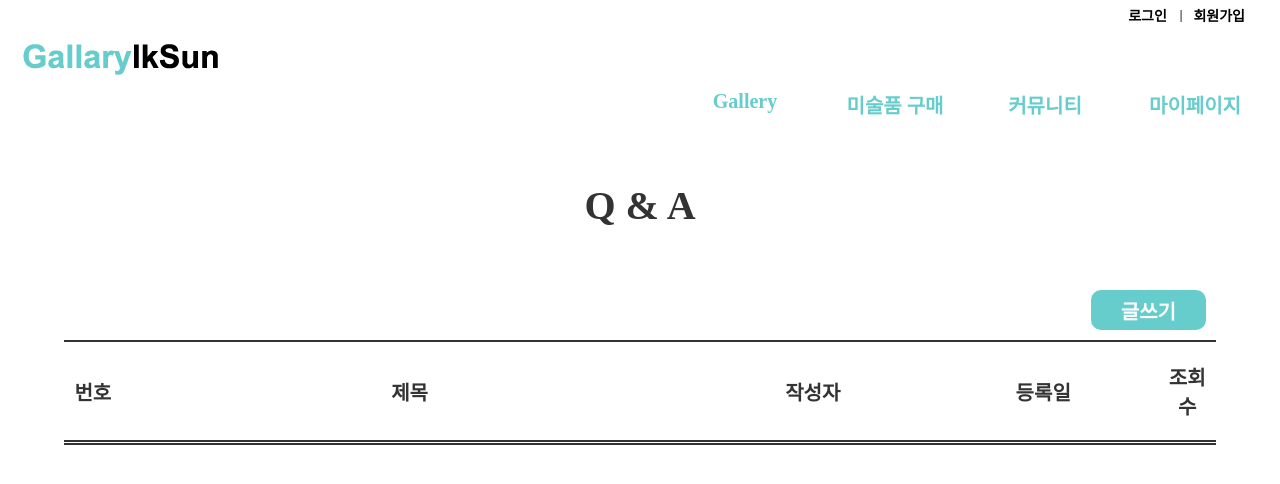
Repository: leeboseok/GalleryIksun
Page: http://localhost/GalleryIkSun/community.jsp
An editor plug-in stored every save of this project. The page is shown before and after the next save, followed by the edit.
The browser window is 1280 px wide. The pictures show the whole page.
The page is served by Tomcat 9. Nobody is signed in. The application's start-up code is not run.

Above is the page before, as saved 2024-08-16 15:57:22.

After the next save:
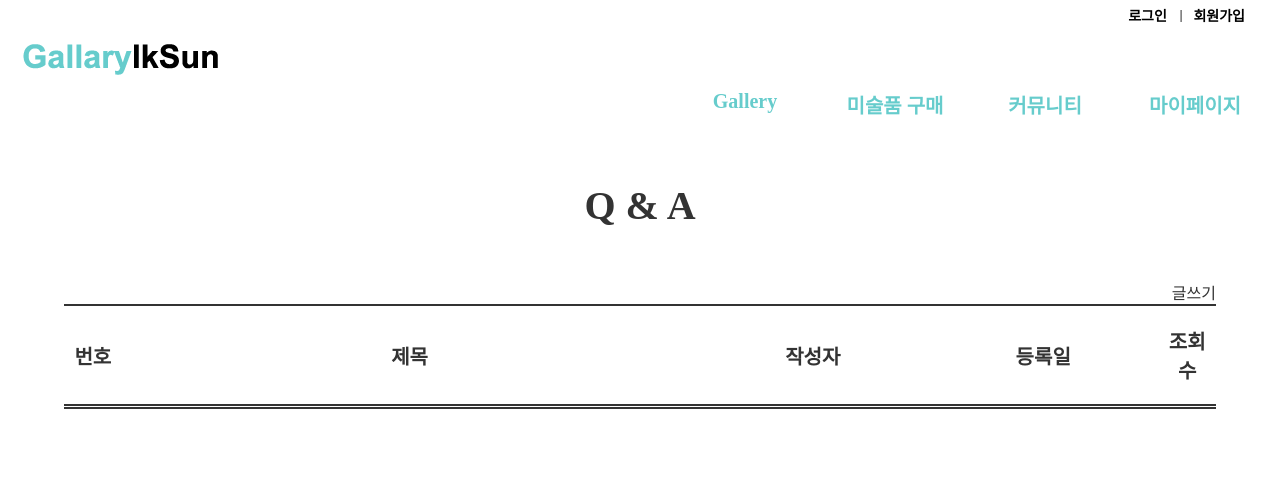
Saved 6 min 32 s later.
--- a/GalleryIkSun/src/main/webapp/community.jsp
+++ b/GalleryIkSun/src/main/webapp/community.jsp
@@ -52,7 +52,7 @@
                 <h1>Q & A</h1>
             </div>
             <div class="btns">
-                <input type="button" value="글쓰기">
+                <a href="writeServlet">글쓰기</a>
             </div>
             <div class="board">
                 <table>
